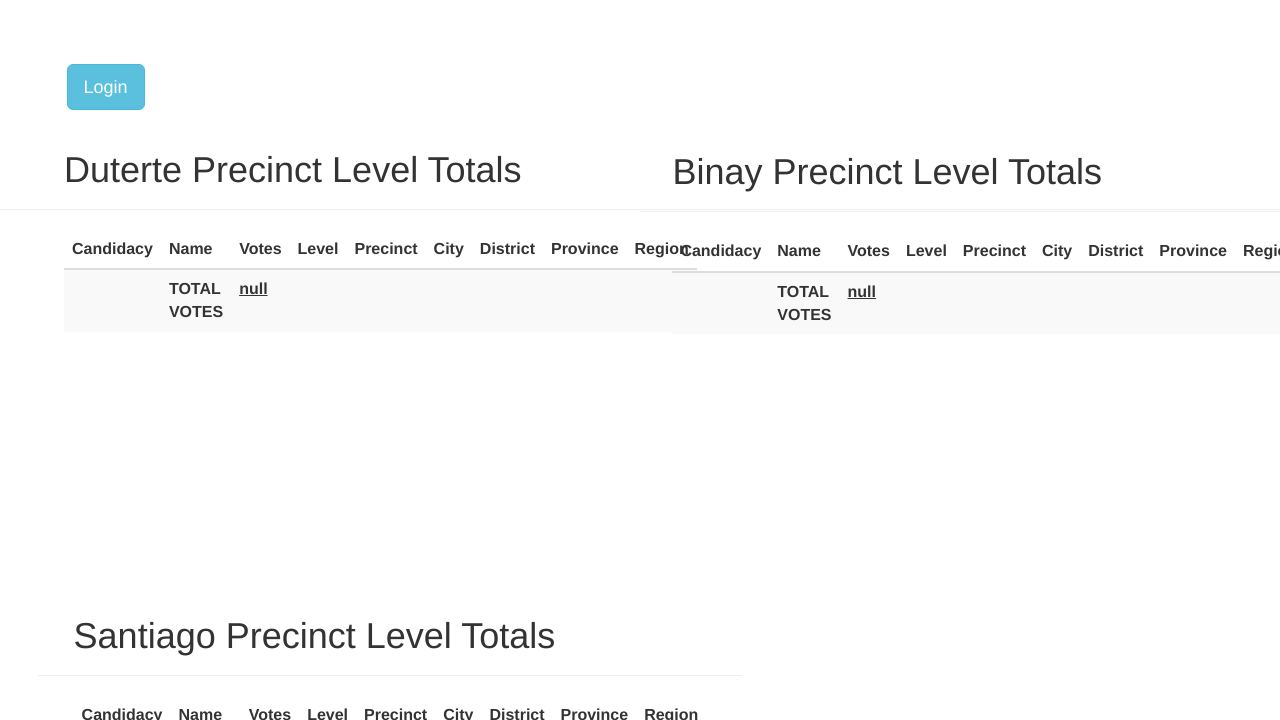
Repository: acbalutan/softdev-cencas-team_apink
Page: http://localhost/AES/index.jsp
An editor plug-in stored every save of this project. The page is shown before and after the next save, followed by the edit.
The browser window is 1280 px wide. The pictures show the whole page.
The page is served by Tomcat 9. Other server files are loaded and not shown. Queries for data that is not in the repository find no rows.

Above is the page before, as saved 2016-02-26 11:15:15.
Console error (its wording comes from the project's code and is left out).

### workspace/AES/WebContent/index.jsp
<html>
<head>
	<link rel="stylesheet" href="bootstrap/bootstrap.min.css">
	<script type="text/javascript" src="bootstrap/js/bootstrap.min.js"></script>
</head>
<body>

<form action="login.jsp" style="padding-left: 5.2%;padding-top: 5%;">
    <button type="submit" class="btn btn-lg btn-info">Login</button>
</form>


<%@ page import="java.sql.*" %>
<%@ page import="bean.Provider" %>
<%@ page import="bean.PileBean" %>
<%@ page import="bean.Counter" %>

<%

Class.forName("org.sqlite.JDBC");
Connection conn = DriverManager.getConnection("jdbc:sqlite:D:/Eclipse/db/aes.db");
Statement stat = conn.createStatement();

%>
<div class="page-header" style="padding-left: 5%;">
	<h1>Duterte Precinct Level Totals</h1>
</div>

<div class="col-md-6" style="padding-left: 5%;">
	<table class="table table-striped">
    	<thead>
              <tr>
                <th>Candidacy</th>
                <th>Name</th>
                <th>Votes</th>
                <th>Level</th>
                <th>Precinct</th>
                <th>City</th>
                <th>District</th>
                <th>Province</th>
                <th>Region</th>
              </tr>
		</thead>
		<tbody>
			<%
			ResultSet duterte = stat.executeQuery("SELECT * FROM tapat WHERE name='Rodrigo Duterte';");
			while (duterte.next()) {
			    %>
			    	<tr>
			    		<td><%= duterte.getString("candidacy") %></td>
			    		<td><%= duterte.getString("name") %></td>
			    		<td><%= duterte.getString("vote") %></td>
			    		<td><%= duterte.getString("level") %></td>
			    		<td><%= duterte.getString("precinct") %></td>
			    		<td><%= duterte.getString("city") %></td>
			    		<td><%= duterte.getString("district") %></td>
			    		<td><%= duterte.getString("province") %></td>
			    		<td><%= duterte.getString("region") %></td>
			    	</tr>
			    <%
			}
			duterte.close();

			ResultSet totalduterte = stat.executeQuery("SELECT SUM(vote) as 'TOTALVOTES' FROM tapat WHERE name='Rodrigo Duterte';");
			%>
				<tr>
					<td></td>
					<td><strong>TOTAL VOTES</strong></td>
					<td style="text-decoration: underline;"><strong> <%= totalduterte.getString("TOTALVOTES") %> </strong></td>
					<td></td>
					<td></td>
					<td></td>
					<td></td>
					<td></td>
					<td></td>
				</tr>
			<% totalduterte.close(); %>
    	</tbody>
	</table>
</div>

<div style="position: absolute; top: 15.6%; left: 50%;">
	<div class="page-header" style="padding-left: 5%;">
		<h1>Binay Precinct Level Totals</h1>
	</div>

	<div class="col-md-6" style="padding-left: 5%;">
		<table class="table table-striped">
	    	<thead>
	              <tr>
	                <th>Candidacy</th>
	                <th>Name</th>
	                <th>Votes</th>
	                <th>Level</th>
	                <th>Precinct</th>
	                <th>City</th>
	                <th>District</th>
	                <th>Province</th>
	                <th>Region</th>
	              </tr>
			</thead>
			<tbody>
				<%
				ResultSet binay = stat.executeQuery("SELECT * FROM tapat WHERE name='Jejomar Binay';");
				while (binay.next()) {
				    %>
				    	<tr>
				    		<td><%= binay.getString("candidacy") %></td>
				    		<td><%= binay.getString("name") %></td>
				    		<td><%= binay.getString("vote") %></td>
				    		<td><%= binay.getString("level") %></td>
				    		<td><%= binay.getString("precinct") %></td>
				    		<td><%= binay.getString("city") %></td>
				    		<td><%= binay.getString("district") %></td>
				    		<td><%= binay.getString("province") %></td>
				    		<td><%= binay.getString("region") %></td>
				    	</tr>
				    <%
				}
				binay.close();

				ResultSet totalbinay = stat.executeQuery("SELECT SUM(vote) as 'TOTALVOTES' FROM tapat WHERE name='Jejomar Binay';");
				%>
					<tr>
						<td></td>
						<td><strong>TOTAL VOTES</strong></td>
						<td style="text-decoration: underline;"><strong> <%= totalbinay.getString("TOTALVOTES") %> </strong></td>
						<td></td>
						<td></td>
						<td></td>
						<td></td>
						<td></td>
						<td></td>
					</tr>
				<% totalbinay.close(); %>
	    	</tbody>
		</table>
	</div>
</div>

<div style="position: absolute; top: 80%; left: 3%;">
	<div class="page-header" style="padding-left: 5%;">
		<h1>Santiago Precinct Level Totals</h1>
	</div>

	<div class="col-md-6" style="padding-left: 5%;">
		<table class="table table-striped">
	    	<thead>
	              <tr>
	                <th>Candidacy</th>
	                <th>Name</th>
	                <th>Votes</th>
	                <th>Level</th>
	                <th>Precinct</th>
	                <th>City</th>
	                <th>District</th>
	                <th>Province</th>
	                <th>Region</th>
	              </tr>
			</thead>
			<tbody>
				<%
				ResultSet santiago = stat.executeQuery("SELECT * FROM tapat WHERE name='Miriam Santiago';");
				while (binay.next()) {
				    %>
				    	<tr>
				    		<td><%= santiago.getString("candidacy") %></td>
				    		<td><%= santiago.getString("name") %></td>
				    		<td><%= santiago.getString("vote") %></td>
				    		<td><%= santiago.getString("level") %></td>
				    		<td><%= santiago.getString("precinct") %></td>
				    		<td><%= santiago.getString("city") %></td>
				    		<td><%= santiago.getString("district") %></td>
				    		<td><%= santiago.getString("province") %></td>
				    		<td><%= santiago.getString("region") %></td>
				    	</tr>
				    <%
				}
				santiago.close();

				ResultSet totalsantiago = stat.executeQuery("SELECT SUM(vote) as 'TOTALVOTES' FROM tapat WHERE name='Miriam Santiago';");
				%>
					<tr>
						<td></td>
						<td><strong>TOTAL VOTES</strong></td>
						<td style="text-decoration: underline;"><strong> <%= totalsantiago.getString("TOTALVOTES") %> </strong></td>
						<td></td>
						<td></td>
						<td></td>
						<td></td>
						<td></td>
						<td></td>
					</tr>
				<% totalsantiago.close(); %>
	    	</tbody>
		</table>
	</div>
</div>
<%	stat.close();
	conn.close();	%>

</body>
</html>

Loaded but not shown: workspace/AES/WebContent/bootstrap/bootstrap.min.css (library); workspace/AES/WebContent/bootstrap/bootstrap.min.js (library)

After the next save:
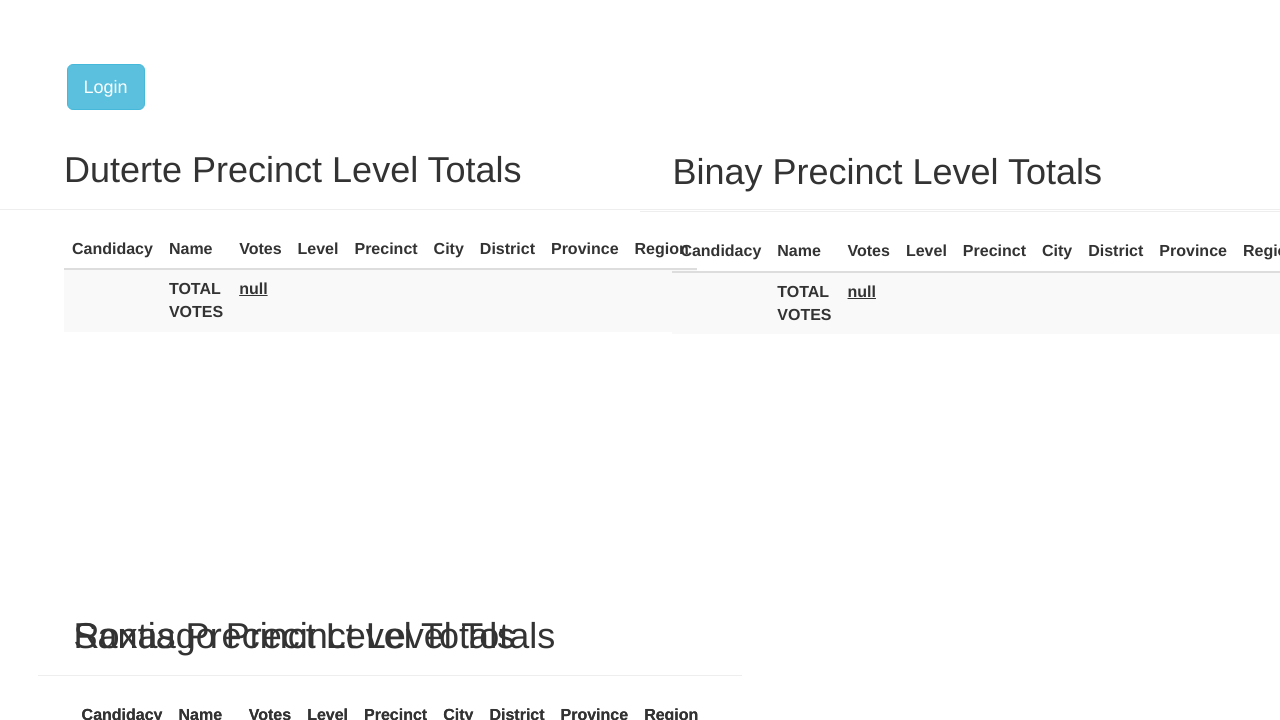
Saved 2 min 31 s later.
--- a/workspace/AES/WebContent/index.jsp
+++ b/workspace/AES/WebContent/index.jsp
@@ -196,6 +196,65 @@
 		</table>
 	</div>
 </div>
+
+<div style="position: absolute; top: 80%; left: 3%;">
+	<div class="page-header" style="padding-left: 5%;">
+		<h1>Roxas Precinct Level Totals</h1>
+	</div>
+
+	<div class="col-md-6" style="padding-left: 5%;">
+		<table class="table table-striped">
+	    	<thead>
+	              <tr>
+	                <th>Candidacy</th>
+	                <th>Name</th>
+	                <th>Votes</th>
+	                <th>Level</th>
+	                <th>Precinct</th>
+	                <th>City</th>
+	                <th>District</th>
+	                <th>Province</th>
+	                <th>Region</th>
+	              </tr>
+			</thead>
+			<tbody>
+				<%
+				ResultSet roxas = stat.executeQuery("SELECT * FROM tapat WHERE name='Mar Roxas';");
+				while (roxas.next()) {
+				    %>
+				    	<tr>
+				    		<td><%= roxas.getString("candidacy") %></td>
+				    		<td><%= roxas.getString("name") %></td>
+				    		<td><%= roxas.getString("vote") %></td>
+				    		<td><%= roxas.getString("level") %></td>
+				    		<td><%= roxas.getString("precinct") %></td>
+				    		<td><%= roxas.getString("city") %></td>
+				    		<td><%= roxas.getString("district") %></td>
+				    		<td><%= roxas.getString("province") %></td>
+				    		<td><%= roxas.getString("region") %></td>
+				    	</tr>
+				    <%
+				}
+				roxas.close();
+
+				ResultSet totalroxas = stat.executeQuery("SELECT SUM(vote) as 'TOTALVOTES' FROM tapat WHERE name='Mar Roxas';");
+				%>
+					<tr>
+						<td></td>
+						<td><strong>TOTAL VOTES</strong></td>
+						<td style="text-decoration: underline;"><strong> <%= totalroxas.getString("TOTALVOTES") %> </strong></td>
+						<td></td>
+						<td></td>
+						<td></td>
+						<td></td>
+						<td></td>
+						<td></td>
+					</tr>
+				<% totalroxas.close(); %>
+	    	</tbody>
+		</table>
+	</div>
+</div>
 <%	stat.close();
 	conn.close();	%>
 
